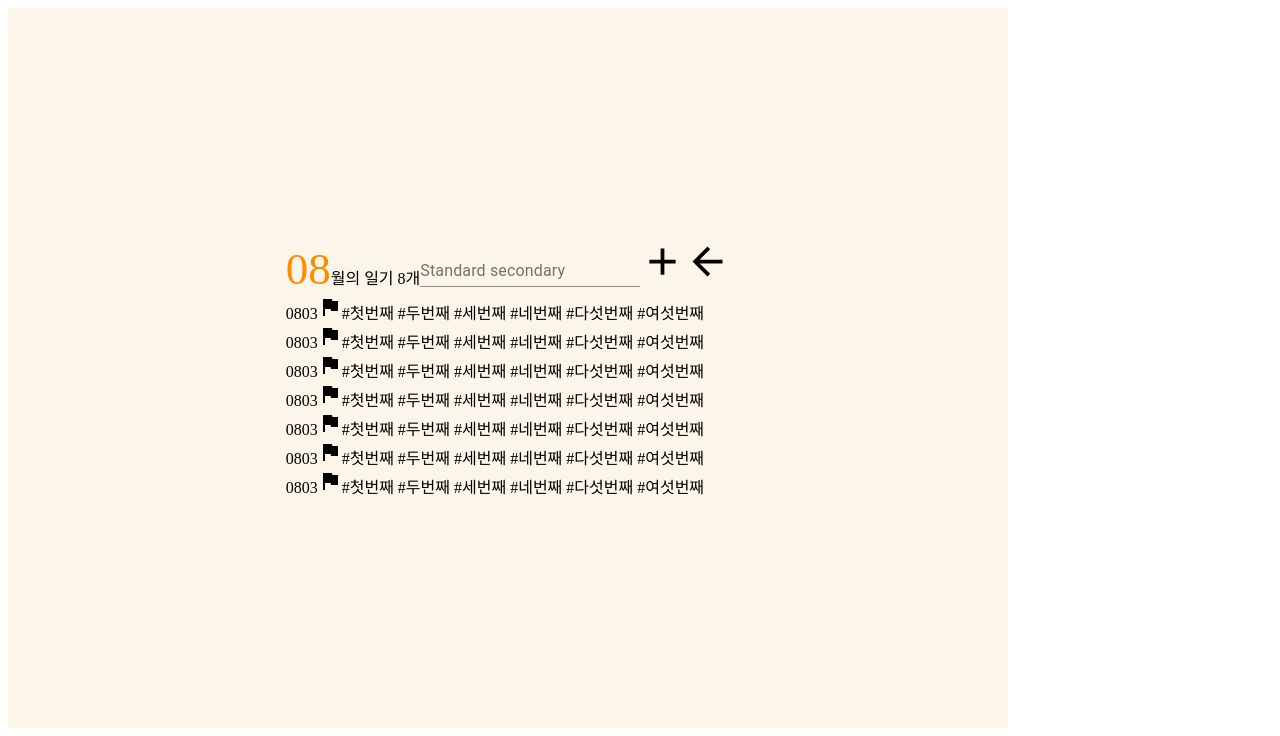
Repository: IMHANA/diary
Page: /list
The author's editor kept a copy of each file at every save. The page is drawn from the files as they stood at one save, then again after the next save.
The browser window is 1280 px wide. The pictures show the whole page.
The project was rebuilt for these pictures with package versions that can differ from the ones it lists, and the page was loaded fresh each time. Also part of the build but not shown: src/App.css, src/pages/Main/main.js, src/pages/Month/month.js.

Above is the page before, as saved 2021-08-05 16:39:36.

After the next save:
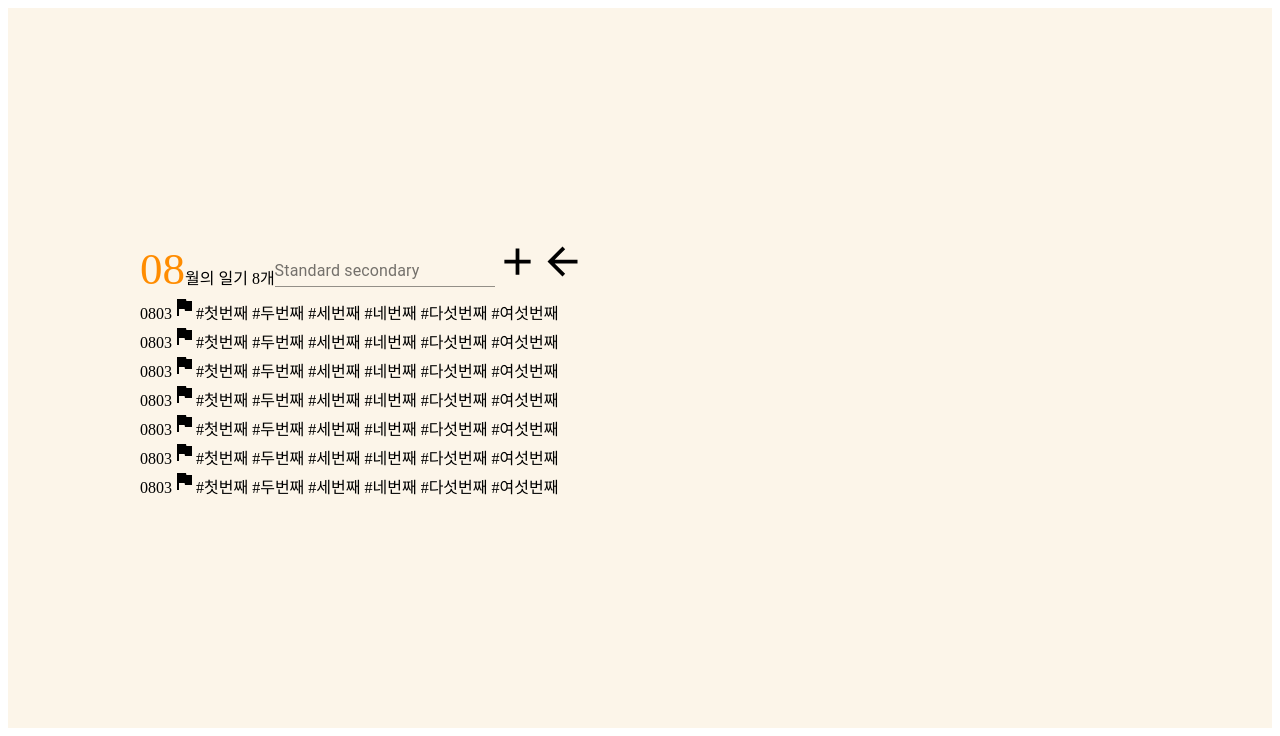
Saved 118 s later.
--- a/src/pages/DayList/dayList.css
+++ b/src/pages/DayList/dayList.css
@@ -3,7 +3,6 @@
     flex-direction: column;
     justify-content: center;
     align-items: center;
-    width: 1000px;
     height: 100vh;
 
 }
@@ -13,7 +12,7 @@
     font-size: 45px;
 }
 
-/* #sub_box {
+ #sub_box {
     width: 1000px;
     height: auto;
-} */
+}
